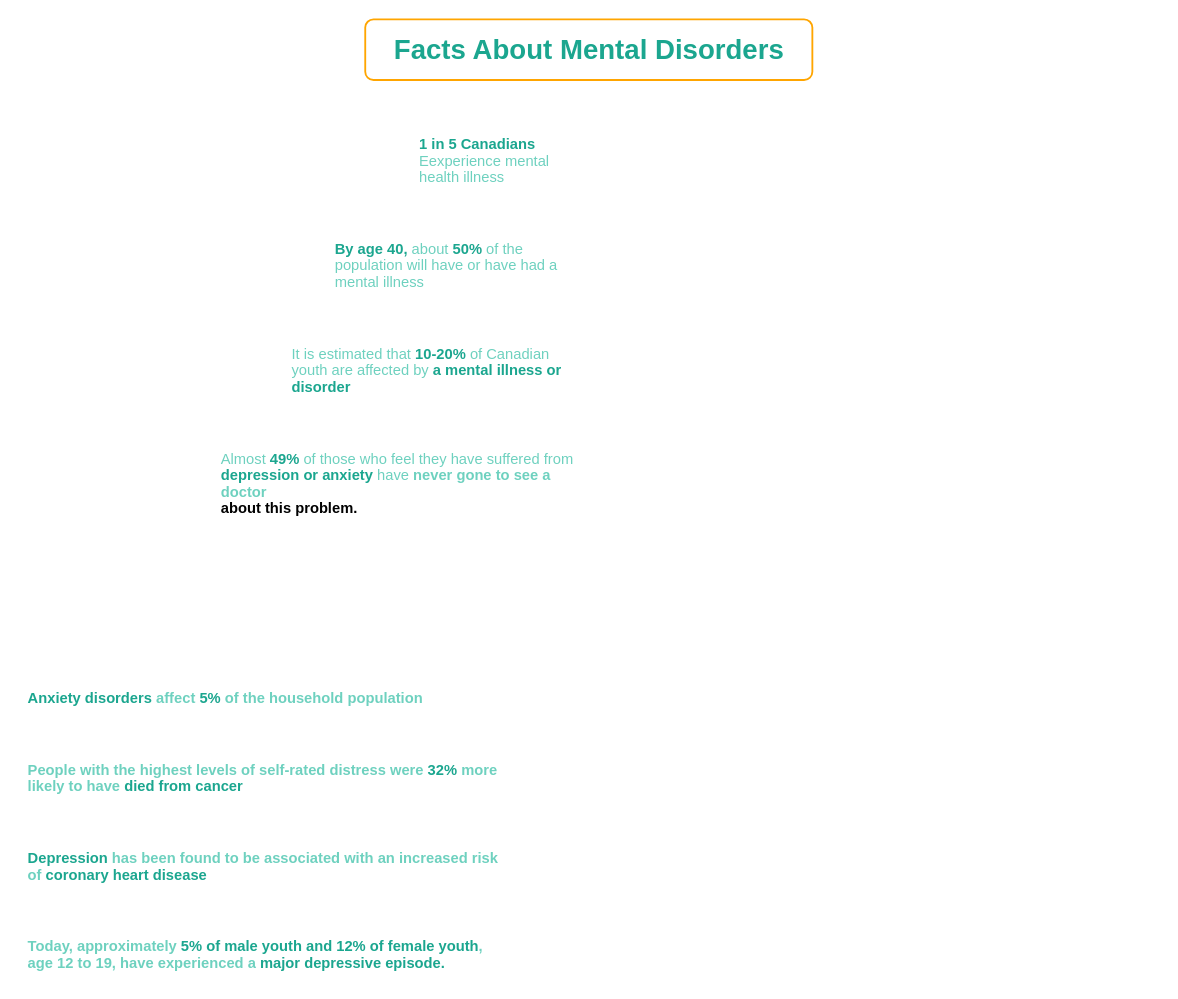
Repository: zzs1/2109-Dynamic-Content-Project
Page: joyce_code/index.html
These files come from the project's save history. The page is drawn as it stood at one moment and after the next save; the edit follows.
The browser window is 1280 px wide. The pictures show the whole page, at 92% of full size.
Some web fonts or font styles are not loaded; a fallback is used.

Above is the page before, as saved 2021-03-08 20:53:20.
Console error: TypeError: Cannot read properties of null (reading 'innerHTML')

After the next save:
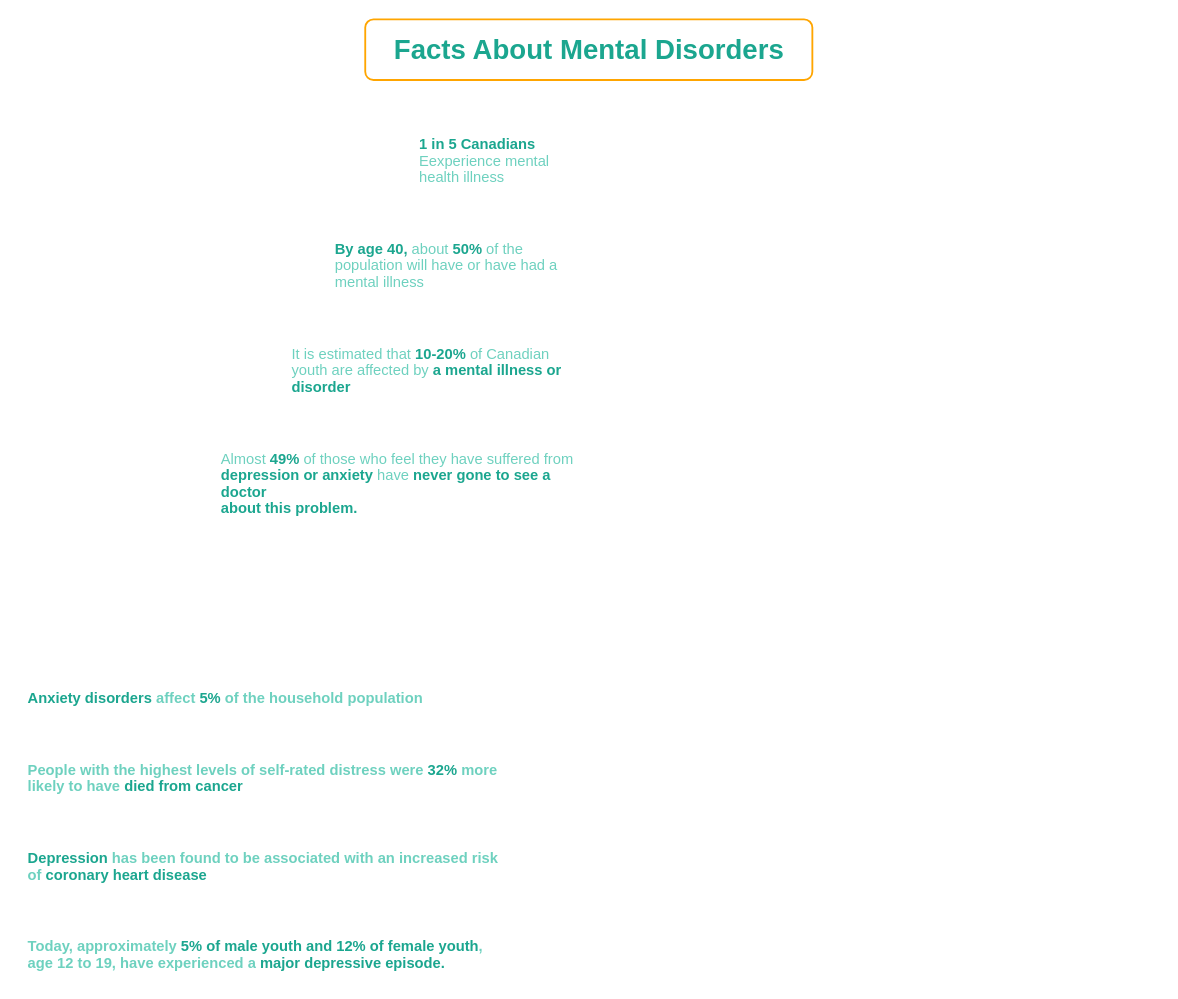
Saved 4 s later.
--- a/joyce_code/index.html
+++ b/joyce_code/index.html
@@ -29,7 +29,7 @@
 
         <div class="boxes"  id="box4">
             <div class="pic"></div>
-            <div class="text">Almost <strong class="keyword">49% </strong>of those who feel they have suffered from<strong class="keyword"> depression or anxiety</strong> have <strong id="highlight">never gone to see a doctor</div> about this problem.  </div>
+            <div class="text">Almost <strong class="keyword">49% </strong>of those who feel they have suffered from<strong class="keyword"> depression or anxiety</strong> have <strong class="highlight">never gone to see a doctor</div> about this problem.  </div>
         </div>
 
         <div class="boxes"  id="box5">
